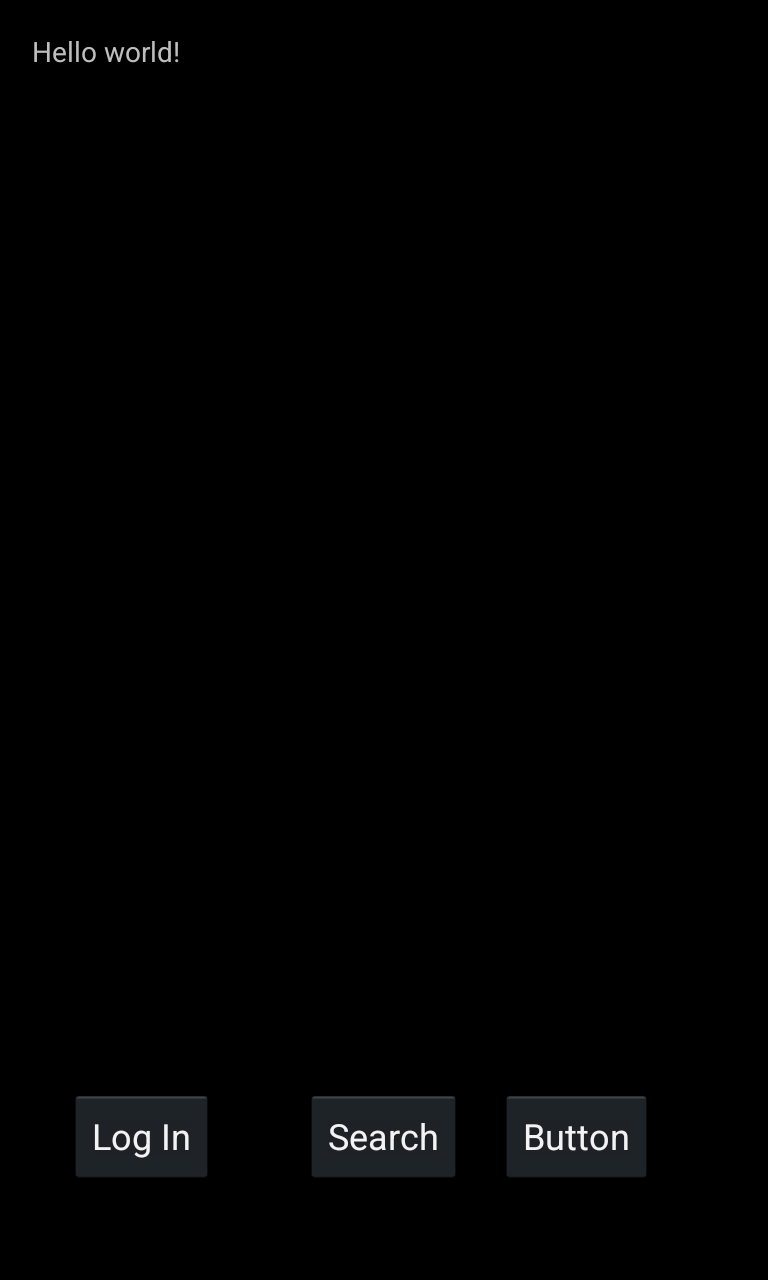
Repository: rotinom/CSE-5324
Layout: MyTutor/res/layout/activity_main.xml
These files come from the project's save history. The layout is drawn as it stood at one moment and after the next save; the edit follows.
It is drawn on a 768 x 1280 px phone screen (xhdpi) without system bars, with theme AppTheme; the app's code is not run.

Above is the layout before, as saved 2013-10-15 02:39:08.

### MyTutor/res/layout/activity_main.xml
<RelativeLayout xmlns:android="http://schemas.android.com/apk/res/android"
    xmlns:tools="http://schemas.android.com/tools"
    android:layout_width="match_parent"
    android:layout_height="match_parent"
    android:paddingBottom="@dimen/activity_vertical_margin"
    android:paddingLeft="@dimen/activity_horizontal_margin"
    android:paddingRight="@dimen/activity_horizontal_margin"
    android:paddingTop="@dimen/activity_vertical_margin"
    tools:context=".MainActivity" >

    <TextView
        android:id="@+id/textView1"
        android:layout_width="wrap_content"
        android:layout_height="wrap_content"
        android:text="@string/hello_world" />

    <Button
        android:id="@+id/button1"
        android:layout_width="wrap_content"
        android:layout_height="wrap_content"
        android:layout_alignLeft="@+id/textView1"
        android:layout_alignParentBottom="true"
        android:layout_marginBottom="32dp"
        android:layout_marginLeft="18dp"
        android:text="@string/login_button" />

    <Button
        android:id="@+id/button2"
        android:layout_width="wrap_content"
        android:layout_height="wrap_content"
        android:layout_alignBottom="@+id/button1"
        android:layout_centerHorizontal="true"
        android:text="@string/search_button" />

    <Button
        android:id="@+id/button3"
        android:layout_width="wrap_content"
        android:layout_height="wrap_content"
        android:layout_alignBaseline="@+id/button2"
        android:layout_alignBottom="@+id/button2"
        android:layout_marginLeft="18dp"
        android:layout_toRightOf="@+id/button2"
        android:text="Button" />

</RelativeLayout>

### MyTutor/res/values/strings.xml
<?xml version="1.0" encoding="utf-8"?>
<resources>

    <string name="app_name">MyTutor</string>
    <string name="action_settings">Settings</string>
    <string name="hello_world">Hello world!</string>
    <string name="search_button">Search</string>
    <string name="login_button">Log In</string>
    <string name="tutor_button">Tutor Profile</string>

</resources>

Loaded but not shown: MyTutor/res/values/styles.xml (common file); MyTutor/res/values-v11/styles.xml (common file); MyTutor/res/values-v14/styles.xml (common file); MyTutor/res/values/dimens.xml (common file); MyTutor/res/values/strings_activity_login.xml (common file)

After the next save:
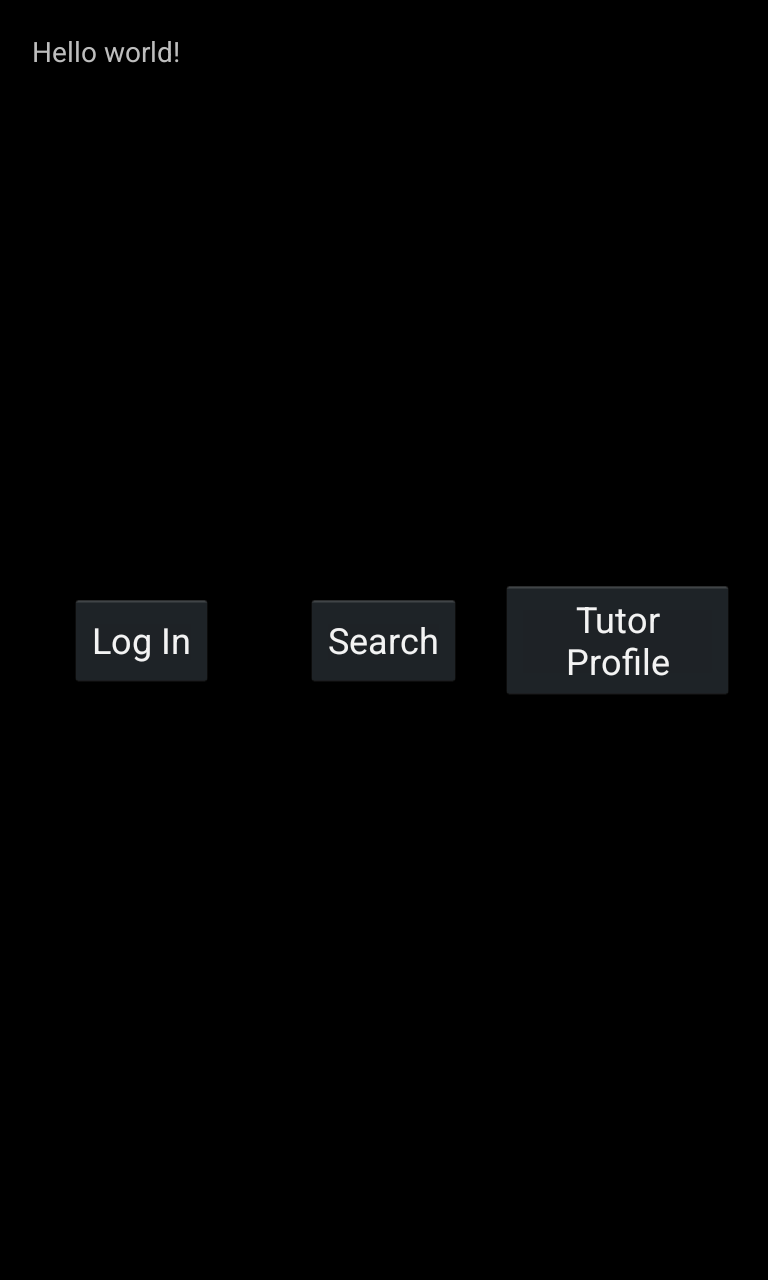
Saved 50 s later.
--- a/MyTutor/res/layout/activity_main.xml
+++ b/MyTutor/res/layout/activity_main.xml
@@ -19,7 +19,7 @@
         android:layout_width="wrap_content"
         android:layout_height="wrap_content"
         android:layout_alignLeft="@+id/textView1"
-        android:layout_alignParentBottom="true"
+        android:layout_centerVertical="true"
         android:layout_marginBottom="32dp"
         android:layout_marginLeft="18dp"
         android:text="@string/login_button" />
@@ -28,18 +28,16 @@
         android:id="@+id/button2"
         android:layout_width="wrap_content"
         android:layout_height="wrap_content"
-        android:layout_alignBottom="@+id/button1"
-        android:layout_centerHorizontal="true"
+        android:layout_centerInParent="true"
         android:text="@string/search_button" />
 
     <Button
         android:id="@+id/button3"
         android:layout_width="wrap_content"
         android:layout_height="wrap_content"
-        android:layout_alignBaseline="@+id/button2"
-        android:layout_alignBottom="@+id/button2"
+        android:layout_centerVertical="true"
         android:layout_marginLeft="18dp"
         android:layout_toRightOf="@+id/button2"
-        android:text="Button" />
+        android:text="@string/tutor_button" />
 
 </RelativeLayout>
